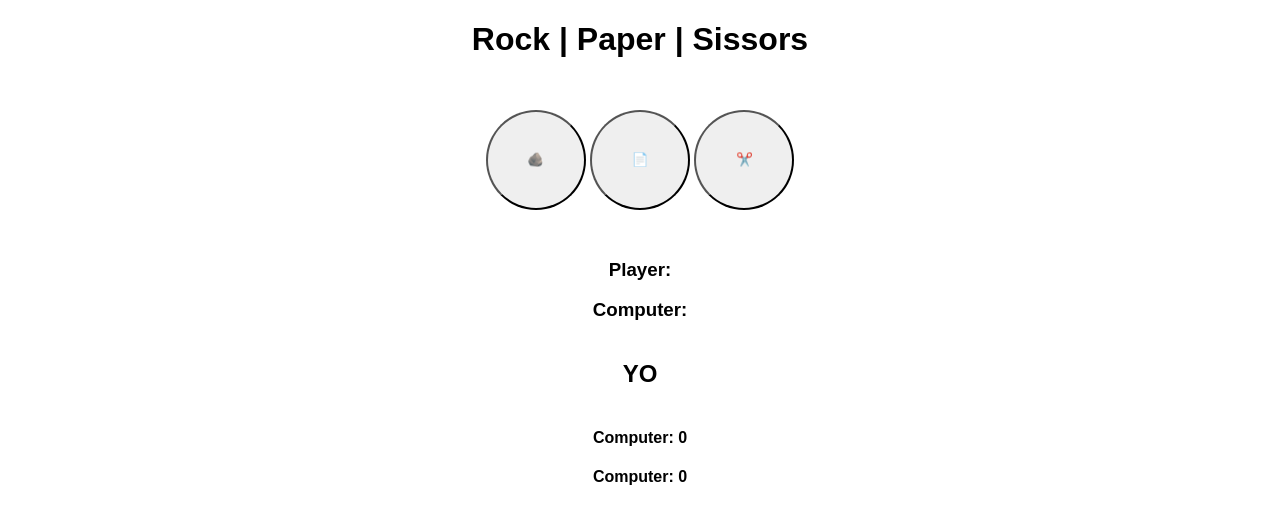
Repository: SakthivelDurai47/Rock-Paper-Sissors
Page: index.html
An editor plug-in stored every save of this project. The page is shown before and after the next save, followed by the edit.
The browser window is 1280 px wide. The pictures show the whole page.

Above is the page before, as saved 2025-04-14 22:10:10.

After the next save:
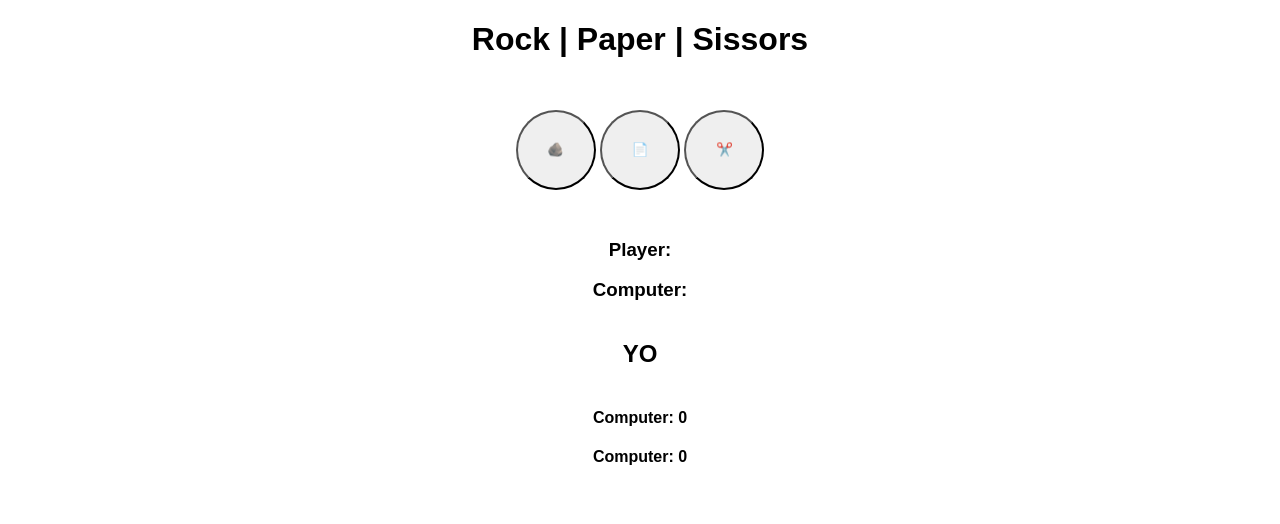
Saved 12 s later.
--- a/styles.css
+++ b/styles.css
@@ -10,7 +10,7 @@ body {
   margin: 30px;
 }
 button {
-  width: 100px;
-  height: 100px;
+  width: 80px;
+  height: 80px;
   border-radius: 300px;
 }
